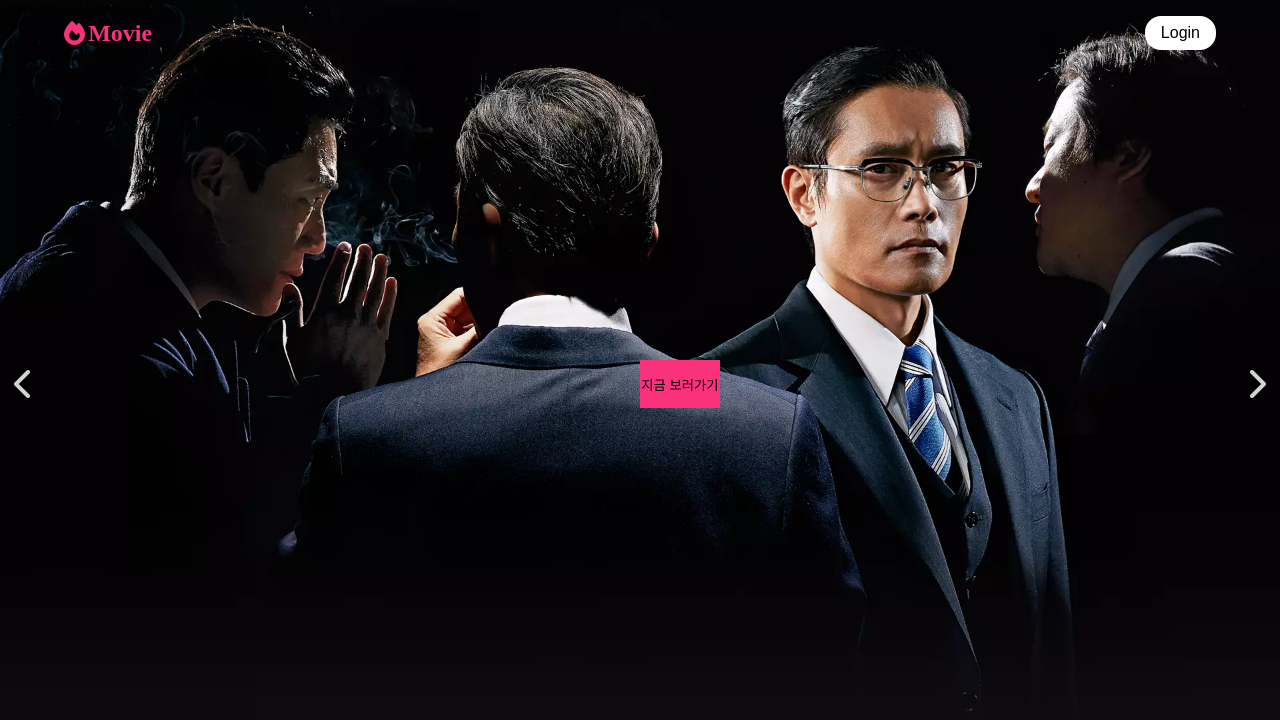
Repository: elice-study/elice_study_vanilla_jinkyu
Page: index.html
The author's editor kept a copy of each file at every save. The page is drawn from the files as they stood at one save, then again after a run of saves.
The browser window is 1280 px wide. The pictures show the whole page.
Some web libraries are served in a nearby version.

Above is the page before, as saved 2023-06-01 11:43:45.

After the next 3 saves:
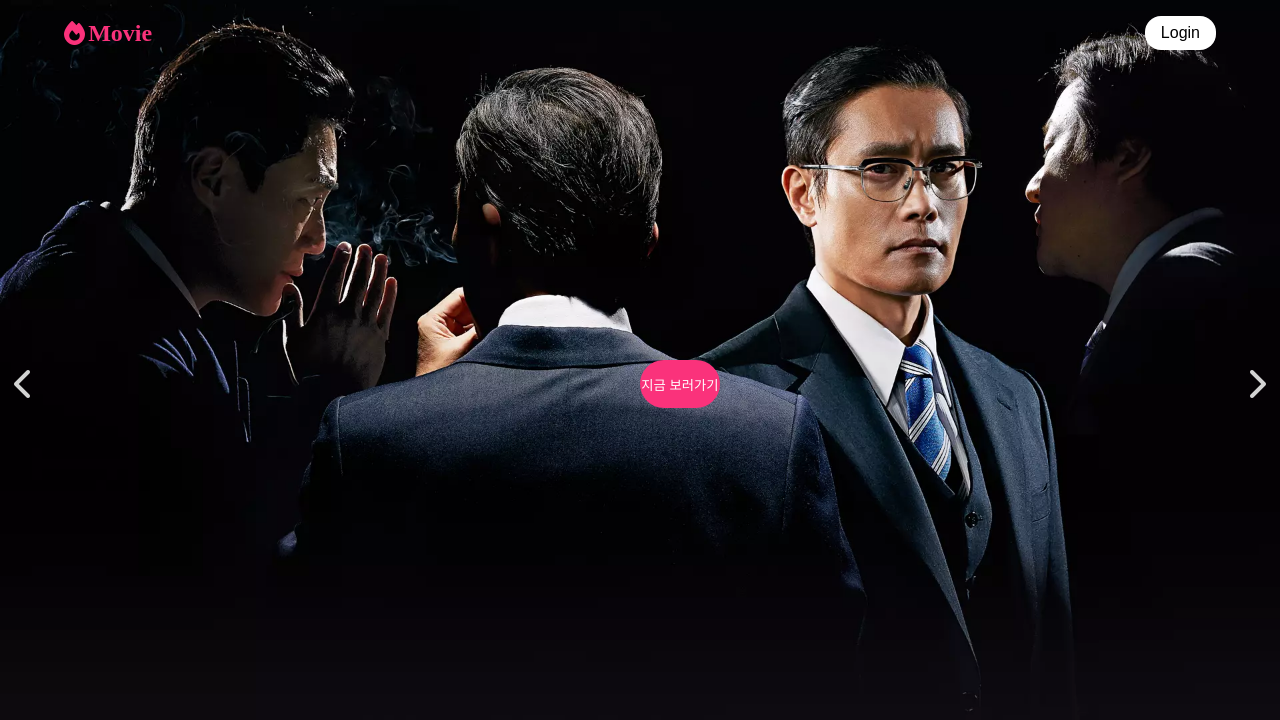
The 3 saves are shown as one change because they came seconds apart.
The last was saved 10 s later.
--- a/style.css
+++ b/style.css
@@ -104,6 +104,8 @@
     width: 5rem;
     height: 3rem;
     background-color: var(--color-accent);
+    color: white;
+    border-radius: 1.5rem;
     top: 50%;
     left: 50%;
     border: none;
